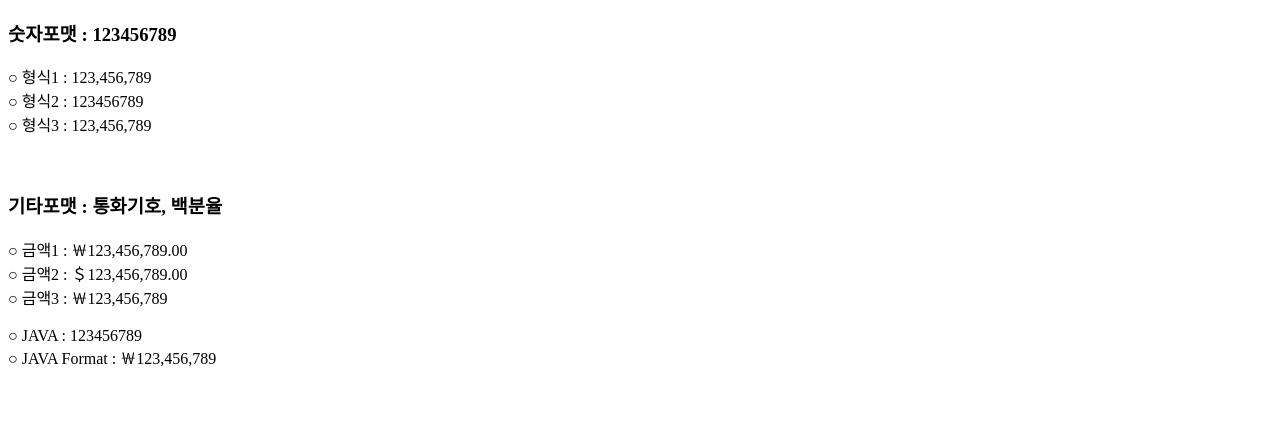
Repository: youngmoon525/Jsp_Servlet
Page: http://localhost/03.JSP/jsp39.jsp
The author's editor kept a copy of each file at every save. The page is drawn from the files as they stood at one save, then again after the next save.
The browser window is 1280 px wide. The pictures show the whole page.
The page is served by Tomcat 9.

Above is the page before, as saved 2021-09-09 04:10:16.

After the next save:
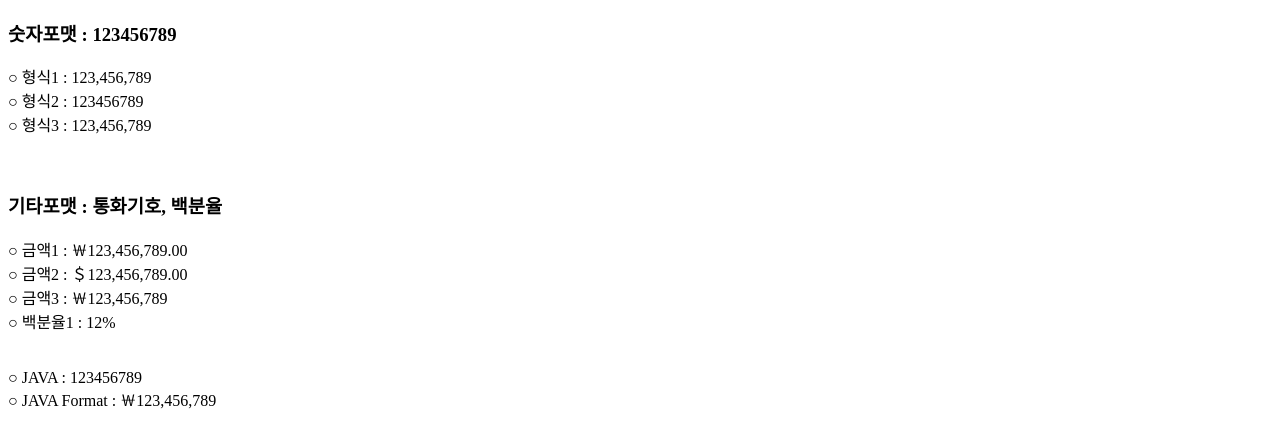
Saved 20 h 28 min later.
--- a/workspace/03.JSP/WebContent/jsp39.jsp
+++ b/workspace/03.JSP/WebContent/jsp39.jsp
@@ -20,7 +20,8 @@
 <%-- 통화기호 : ㄹ → 한자 --%>
 ○ 금액1 : <fmt:formatNumber value="${num}" type="currency" currencySymbol="￦"/><br/>
 ○ 금액2 : <fmt:formatNumber value="${num}" type="currency" currencySymbol="＄"/><br/>
-○ 금액3 : <fmt:formatNumber value="${num}" pattern="￦#,##0"/>
+○ 금액3 : <fmt:formatNumber value="${num}" pattern="￦#,##0"/><br/>
+○ 백분율1 : <fmt:formatNumber value="0.123" type="percent"/><br/>
 
 <br/><br/>
 <%
